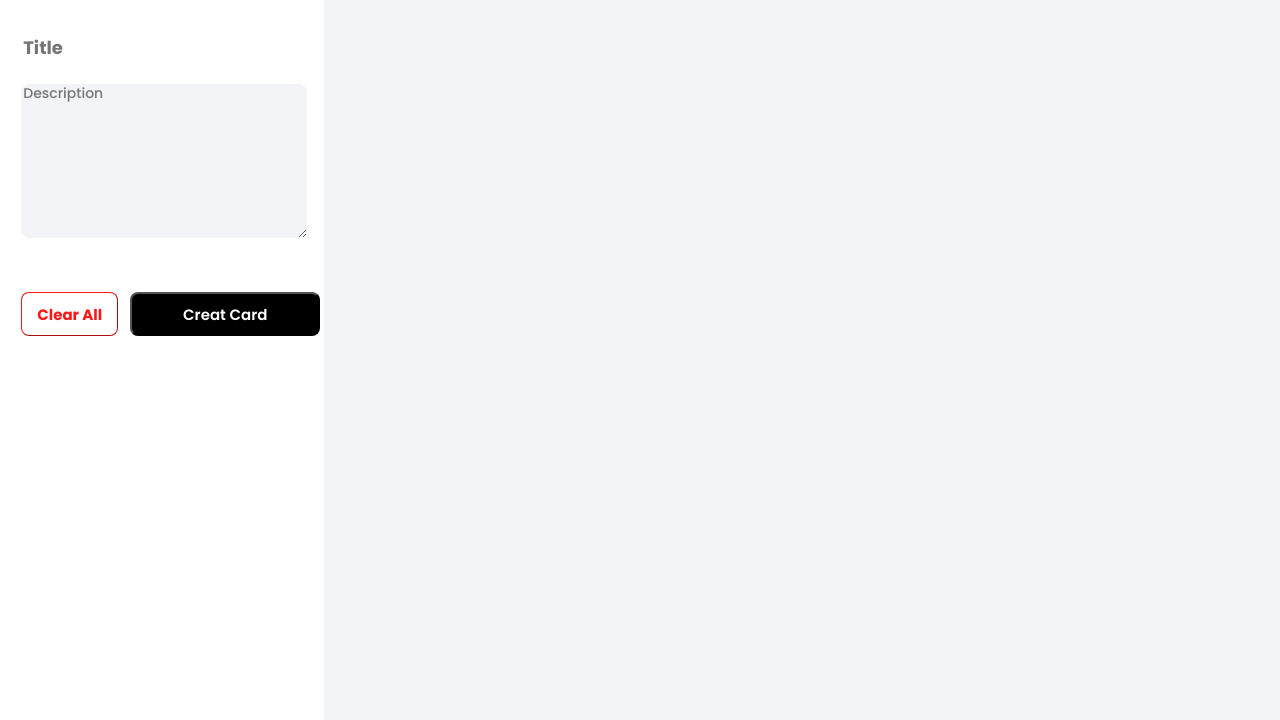
Repository: ReyhanehRahmani/TO-DO
Page: index.html
These files come from the project's save history. The page is drawn as it stood at one moment and after the next save; the edit follows.
The browser window is 1280 px wide. The pictures show the whole page.
Some web fonts or font styles are not loaded; a fallback is used.

Above is the page before, as saved 2025-06-08 14:03:22.

### index.html
<!DOCTYPE html>

<html lang="en">

    <head>

        <meta name="viewport" content="width=device-width, initial-scale=1.0" />

        <title>TO-DO</title>

        <link rel="icon" type="image/jpg" href="favicon.png">

        <link rel="stylesheet" href="style.css">

        <link rel="preconnect" href="https://fonts.googleapis.com">

        <link rel="preconnect" href="https://fonts.gstatic.com" crossorigin>

        <link href="https://fonts.googleapis.com/css2?family=Poppins:ital,wght@0,100;0,200;0,300;0,400;0,500;0,600;0,700;0,800;0,900;1,100;1,200;1,300;1,400;1,500;1,600;1,700;1,800;1,900&family=Sofia+Sans:ital,wght@0,1..1000;1,1..1000&display=swap" rel="stylesheet">

    </head>
    <body>
        <div id="side">

            <div id="main-card">
            <div id="content">
                <div >
                <div id="title">
                    <input type="text" id="titlebox" minlength="3" maxlength="30" placeholder="Title">
                </div>
                <div id="description">
                    <textarea type="text" id="descriptionbox" maxlength="200" placeholder="Description"></textarea>
                </div>
                </div>

                <div id="buttons">
                    <div id="clear"><button id="clearbut">Clear All</button></div>
                    <div id="creat"><button id="creatbut">Creat Card</button></div>
                </div>
            </div>

            </div>

            <div id="cardsContainer"></div>
        </div>

        <script src="script.js"></script>
    </body>

### style.css
@media screen and (max-width: 1279px){

body{
    background-color: #F2F4F7;
}



#main-card{
    margin-left: 6%;
    margin-right: 6%;
    margin-top: 6%;
    background-color: #FFFFFF;
}

#content{
    margin-right: 6.557377049%;
    margin-left: 6.557377049%;
    margin-top: 6.557377049%;
    margin-bottom: 6.557377049%;
}

#titlebox{
    font-family: 'Poppins';
    font-weight: 700;
    font-size: 18px;
    line-height: 150%;
    letter-spacing: -2%;
    border: none;
    width: 100%;
    height: 51px;
}

#descriptionbox{
    border: none;
    width: 100%;
    font-family: 'Poppins';
    font-weight: 500;
    font-size: 14px;
    line-height: 100%;
    letter-spacing: -3%;
    height: 150px;
    border-radius: 8px;
    background: #F2F4F7;

    margin-top: 10px;

}

#content{
    display: flex;
    flex-direction: column;
    justify-content: space-between;
    gap: 516px;
}

#buttons{
    display: flex;
    justify-content: space-between;
    gap: 12px;
    margin-bottom: 25px;
}

#clear{
    text-align: center;
    justify-content: center;
}

#clearbut{
    height: 44px;
    border-radius: 8px;
    border-width: 1.4px;
    border-color: #FF1616;
    background-color: #FFFFFF;
    font-family: 'Poppins';
    font-weight: 700;
    font-size: 15px;
    line-height: 100%;
    letter-spacing: -3%;
    color: #FF1616;
    white-space: nowrap;
    width: 97px;

}

#creat{
    text-align: center;
    justify-content: center;
}

#creatbut{
    height: 44px;
    border-radius: 8px;
    background: #000000;
    font-family: 'Poppins';
    font-weight: 600;
    font-size: 15px;
    line-height: 100%;
    letter-spacing: -3%;
    color: #FFFFFF;
    width: 190px;

}

.cardsContainer{
    justify-content: center;
}


.card {
    width: 76.923076923%;
    height: 238px;
    border-radius: 8px;
    background: #FCFCFD;
    box-shadow: 0px 0.5px 2px 0px #1018284D;
    justify-self: center;
    position: relative;
    margin-bottom: 24px;
}


.cardTitle{
    font-family: 'Poppins';
    font-weight: 700;
    font-size: 18px;
    line-height: 150%;
    letter-spacing: -2%;
    margin-left: 6.25%;
    padding-top: 4.1%;


}

.cardDate{
    font-family: 'Poppins';
    font-weight: 600;
    font-size: 13px;
    line-height: 150%;
    letter-spacing: -2%;
    margin-left: 6.25%;
    color: #98A2B3;
    margin-top: 6px;

}

.cardDesc{
    font-family: 'Poppins';
    font-weight: 500;
    font-size: 13px;
    line-height: 150%;
    letter-spacing: -2%;
    color: #98A2B3;
    margin-left: 6.25%;
    margin-top: 16px;
}

#todoTitle{
    font-family: 'Poppins';
    font-weight: 800;
    font-size: 32px;
    line-height: 100%;
    letter-spacing: -0.75%;
    color: #000000;
    margin-left: 12%;
    margin-bottom: 20px;
    margin-top: 80px;

}}

@media screen and (min-width: 1280px){


body, html {
    height: 100%;
    margin: 0;
    overflow: hidden;
    background-color: #F2F4F7;

}


#content{
    margin-right: 6.557377049%;
    margin-left: 6.557377049%;
    margin-top: 6.557377049%;
    margin-bottom: 6.557377049%;
}

#titlebox{
    font-family: 'Poppins';
    font-weight: 700;
    font-size: 18px;
    line-height: 150%;
    letter-spacing: -2%;
    border: none;
    width: 100%;
    height: 51px;
}

#descriptionbox{
    border: none;
    width: 100%;
    font-family: 'Poppins';
    font-weight: 500;
    font-size: 14px;
    line-height: 100%;
    letter-spacing: -3%;
    height: 150px;
    border-radius: 8px;
    background: #F2F4F7;

    margin-top: 10px;

}

#main-card{
    background-color: #FFFFFF;
    width: 25.31120332%;
    margin: 0%;
    height: 100vh;


}

#side{
  display: flex;
  flex-direction: row;
  height: 100vh;
  overflow: hidden;

}


#content{
    display: flex;
    flex-direction: column;
    justify-content: space-between;
    gap: 50px;
}

#buttons{
    display: flex;
    justify-content: space-between;
    gap: 12px;
    margin-bottom: 25px;
}

#clear{
    text-align: center;
    justify-content: center;
}

#clearbut{
    height: 44px;
    border-radius: 8px;
    border-width: 1.4px;
    border-color: #FF1616;
    background-color: #FFFFFF;
    font-family: 'Poppins';
    font-weight: 700;
    font-size: 15px;
    line-height: 100%;
    letter-spacing: -3%;
    color: #FF1616;
    white-space: nowrap;
    width: 97px;

}

#creat{
    text-align: center;
    justify-content: center;
}

#creatbut{
    height: 44px;
    border-radius: 8px;
    background: #000000;
    font-family: 'Poppins';
    font-weight: 600;
    font-size: 15px;
    line-height: 100%;
    letter-spacing: -3%;
    color: #FFFFFF;
    width: 190px;

}

#cardsContainer{
    overflow-y: auto;
    margin-left: 2%;
    height: 100vh;
    width: 22.130013831%;


}


.card {
    height: 238px;
    border-radius: 8px;
    background: #FCFCFD;
    box-shadow: 0px 0.5px 2px 0px #1018284D;
    position: relative;
    margin-bottom: 24px;

}


.cardTitle{
    font-family: 'Poppins';
    font-weight: 700;
    font-size: 18px;
    line-height: 150%;
    letter-spacing: -2%;
    margin-left: 6.25%;
    padding-top: 3.1%;


}

.cardDate{
    font-family: 'Poppins';
    font-weight: 600;
    font-size: 13px;
    line-height: 150%;
    letter-spacing: -2%;
    margin-left: 6.25%;
    color: #98A2B3;
    margin-top: 6px;

}

.cardDesc{
    font-family: 'Poppins';
    font-weight: 500;
    font-size: 13px;
    line-height: 150%;
    letter-spacing: -2%;
    color: #98A2B3;
    margin-left: 6.25%;
    margin-top: 16px;
}

#todoTitle{
    font-family: 'Poppins';
    font-weight: 800;
    font-size: 32px;
    line-height: 100%;
    letter-spacing: -0.75%;
    color: #000000;
    margin-left: 1%;
    margin-bottom: 20px;
    margin-top: 40px;

}

}

### script.js
document.getElementById("creatbut").onclick = function () {

    const title = document.getElementById("titlebox").value.trim();
    const desc = document.getElementById("descriptionbox").value.trim();

    const card = document.createElement("div");
    card.classList.add("card");

    const cardItems =document.createElement("div");
    card.classList.add("cardItem");

    card.appendChild(cardItems);

    const titleElem = document.createElement("div");
    titleElem.classList.add("cardTitle");
    titleElem.textContent = title;

    const dateElem = document.createElement("div");
    dateElem.classList.add("cardDate");

    const now = new Date();
    const day = now.getDate();
    const monthNames = ["January", "February", "March", "April", "May", "June","July", "August", "September", "October", "November", "December"];

    const month = monthNames[now.getMonth()];

    const formattedDate = day + " " + month;

    dateElem.textContent = formattedDate + " • " + " Assigned to Taha ";

    const descElem = document.createElement("div");
    descElem.classList.add("cardDesc");
    descElem.textContent = desc;

    cardItems.appendChild(titleElem);
    cardItems.appendChild(dateElem);
    cardItems.appendChild(descElem);

    document.getElementById("cardsContainer").appendChild(card);

    const container = document.getElementById("cardsContainer");

    if (!document.getElementById("todoTitle")) {
    const todo = document.createElement("div");
    todo.id = "todoTitle";
    todo.textContent = "TO DO";
    todo.classList.add("todoHeader");

    container.insertBefore(todo, container.firstChild);}



    document.getElementById("clearbut").addEventListener("click", function () {
    document.getElementById("titlebox").value = "";
    document.getElementById("descriptionbox").value = "";});


};

After the next save:
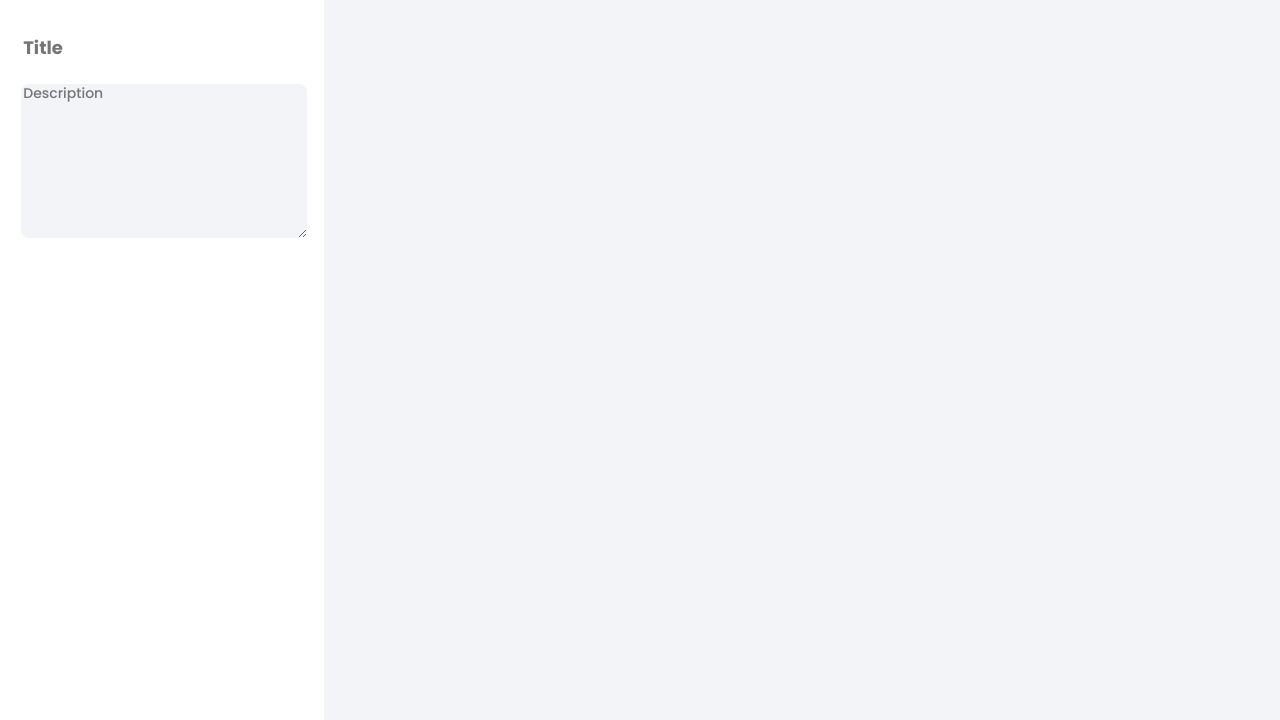
Saved 22 s later.
--- a/style.css
+++ b/style.css
@@ -235,7 +235,7 @@ body, html {
     display: flex;
     flex-direction: column;
     justify-content: space-between;
-    gap: 50px;
+    gap: 500px;
 }
 
 #buttons{
